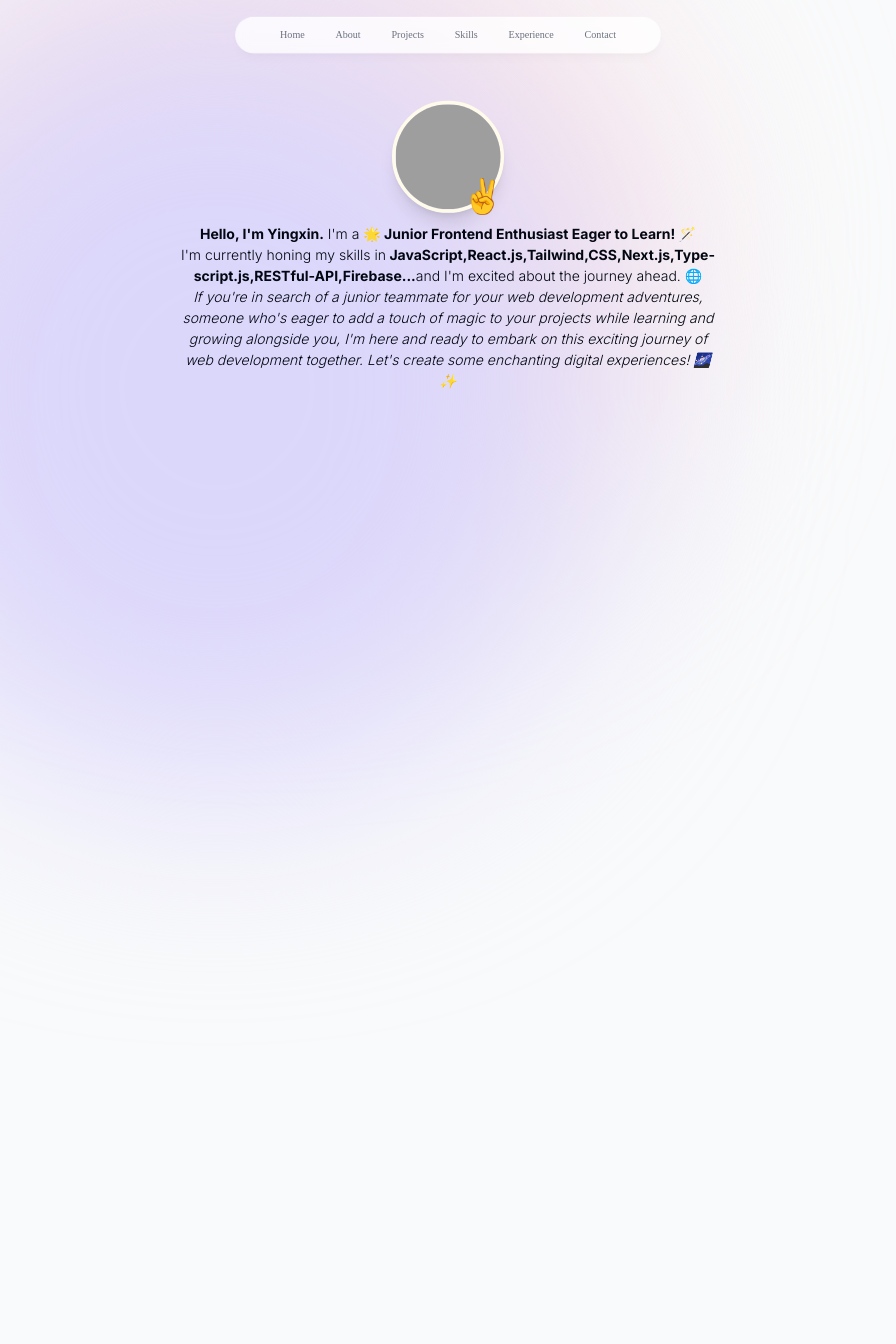
Repository: Tracy-maker/portfolio_website
Page: /
These files come from the project's save history. The page is drawn as it stood at one moment and after the next save; the edit follows.
The browser window is 1280 px wide. The pictures show the part of the page from y = 0 to 1920 px (the page is 5000 px tall), at 70% of full size.
Pictures or frames that could not be fetched are drawn as grey boxes. The project was rebuilt for these pictures with package versions that can differ from the ones it lists, and the page was loaded fresh each time. The framework's server and built-in components were replaced by stand-ins that run in the browser. Also part of the build but not shown: next.config.js.

Above is the page before, as saved 2023-10-02 18:46:58.

After the next save:
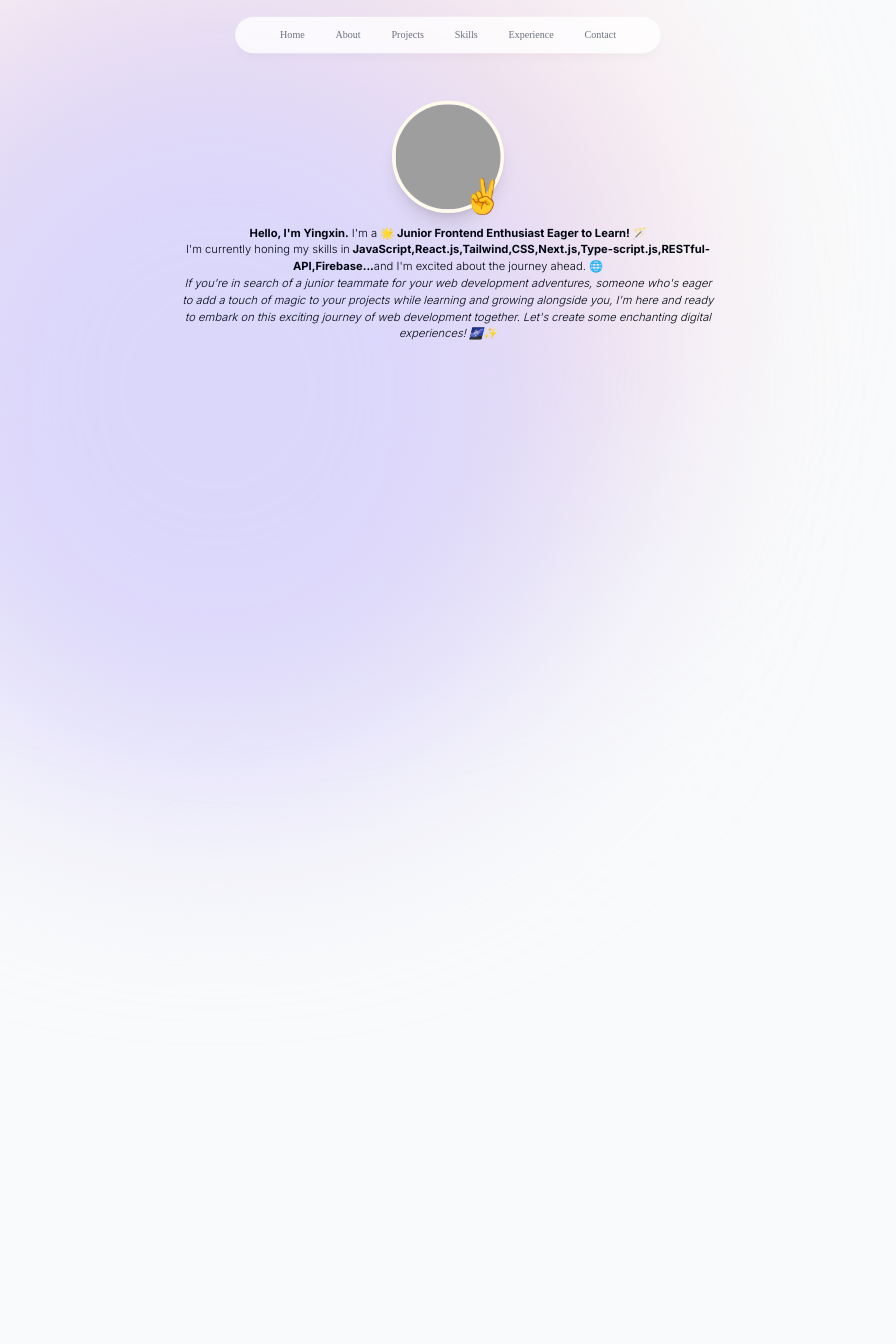
Saved 6 min 35 s later.
--- a/components/intro.tsx
+++ b/components/intro.tsx
@@ -44,7 +44,7 @@ export default function Intro() {
         </div>
       </div>
       <motion.h6
-        className="mb-10 mt-4 px-4 text-l font-light !leading-[1.5] sm:text-xl"
+        className="mb-10 mt-4 px-4 text-s font-light !leading-[1.5] sm:text-m"
         initial={{ opacity: 0, y: 100 }}
         animate={{ opacity: 1, y: 0 }}
       >
